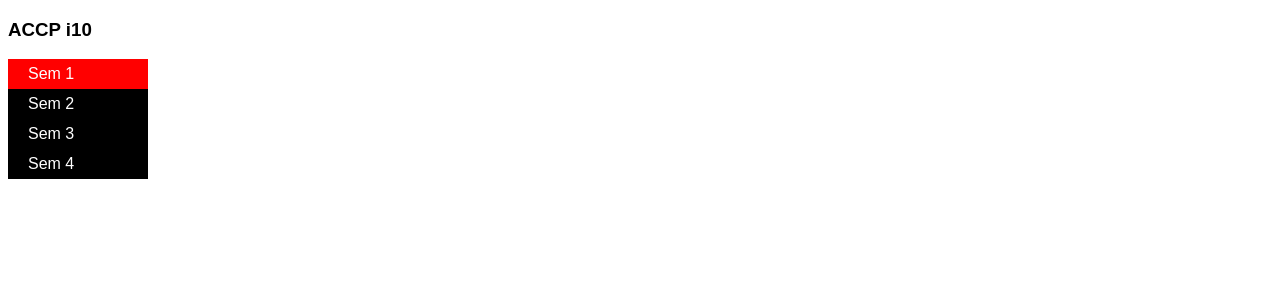
Repository: nguyenhung50497/MD2_cssLayout
Page: TH_menuDoc/index.html
The author's editor kept a copy of each file at every save. The page is drawn from the files as they stood at one save, then again after the next save.
The browser window is 1280 px wide. The pictures show the whole page.
The pointer rests on the first visible `#menu ul li`.

Above is the page before, as saved 2022-11-29 10:19:22.

After the next save:
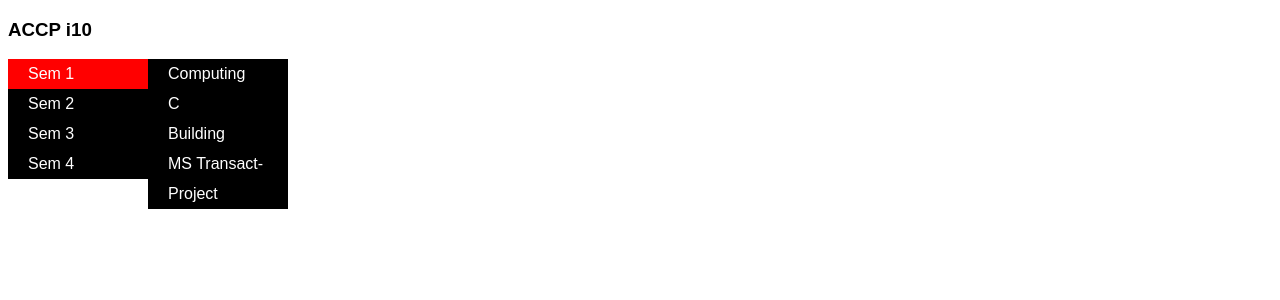
Saved 10 s later.
--- a/TH_menuDoc/styles.css
+++ b/TH_menuDoc/styles.css
@@ -29,3 +29,6 @@
     left:140px;
     visibility:hidden;
 }
+#menu ul li:hover ul{
+    visibility:visible;
+}
